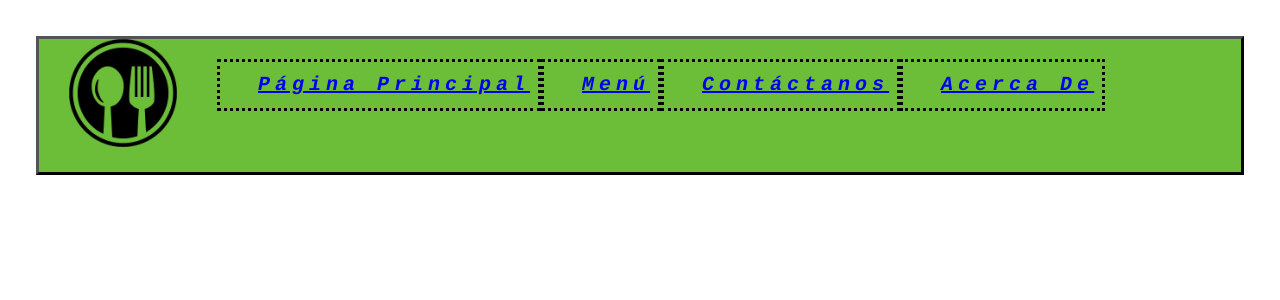
Repository: UVMCoyoacan/eq06_sitio1
Page: index.html
These files come from the project's save history. The page is drawn as it stood at one moment and after the next save; the edit follows.
The browser window is 1280 px wide. The pictures show the whole page.

Above is the page before, as saved 2024-03-07 10:23:09.

### index.html
<!DOCTYPE html>
<html>
    <head>
        <link rel="stylesheet" href="./Carpeta estilos/estilo1.css"/>
        <meta charset="utf-8" />
    </head>
    <body>
        <header id="parte_inicial" role="banner">
            <div class="encabezado" style="display: flex;   flex-wrap: wrap; ">
                    <div style="flex-wrap:wrap; text-align: center; white-space: nowrap; ">
                    <img width="108" height="108" src="./Carpeta ims/tres.png" onclick="redirigirIndex()" style="text-align: left; cursor:pointer; text-align: center;";>

                    </div>
            <div >
            <ul >
                <li  ><a href="#">Página principal</a></li>
                <li ><a href="./Carpeta docs/menu.html">Menú</a></li>
                <li ><a href="./Carpeta docs/contactos.html">Contáctanos</a></li>
                <li ><a class="active" href="./Carpeta docs/acercade.html">Acerca de</a></li>
            </ul>
        </div>
            </div>
        </header>
    </body>
    <script src="./Carpeta js/js1.js">
    </script>
</html>

### Carpeta estilos/estilo1.css
body{
  background-color:#ffffff;
  font-size:20px;
  font-family:Courier;
  font-weight:bold;
  font-style:normal;
  line-height:30px;
  letter-spacing:5px;
  padding: 28px;
  text-transform:capitalize;
  text-align:left;
  text-indent:30px;

}
header{
  background-color:#6cbe39;
  font-size:20px;
  font-family:Courier;
  font-weight:bold;
  font-style:italic;
  line-height:60px;
  letter-spacing:5px;
  text-transform:capitalize;
  text-align:left;
  text-indent:30px;
  border-style: outset;
  border-color: #000000;

}
li {
  display: inline;
  float: left;
  background-color:#6cbe39;
  font-size:20px;
  font-family:Courier;
  font-weight:bold;
  font-style:oblique;
  line-height:30px;
  letter-spacing:5px;
  text-decoration:underline;
  text-transform:capitalize;
  text-align:left;
  text-indent:30px;
  border-style:dotted;
  border-color: #000000;
}


a {
  display: block;
  padding: 8px;
  background-color:#6cbe39;
}
.active {
  background-color:transparent;

}

#titulo{
  text-decoration: overline underline;
  font-size:30px;
  font-style:oblique;

}
ul {
  margin-left: auto;
}

### Carpeta js/js1.js
function redirigirIndex() {
    window.location.href = '#';
}

After the next save:
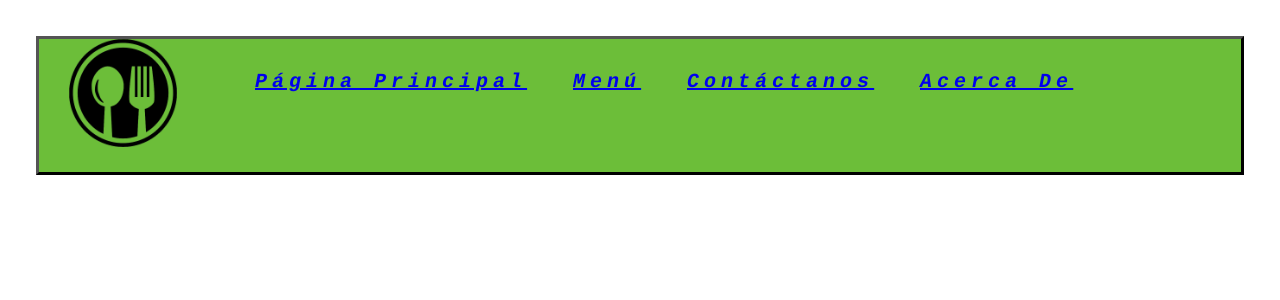
Saved 32 s later.
--- a/Carpeta estilos/estilo1.css
+++ b/Carpeta estilos/estilo1.css
@@ -41,7 +41,7 @@ li {
   text-transform:capitalize;
   text-align:left;
   text-indent:30px;
-  border-style:dotted;
+  border-style:unset;
   border-color: #000000;
 }
 
